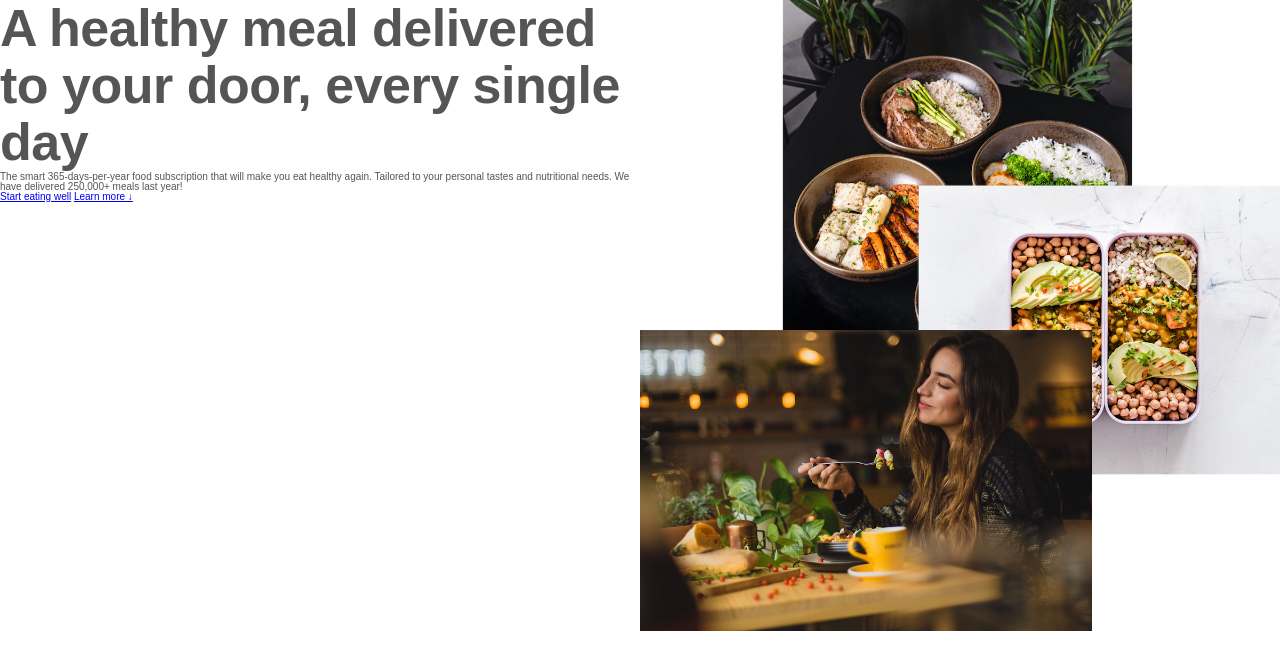
Repository: WefsCao/Omnifood
Page: index.html
These files come from the project's save history. The page is drawn as it stood at one moment and after the next save; the edit follows.
The browser window is 1280 px wide. The pictures show the whole page.

Above is the page before, as saved 2022-06-04 12:34:05.

After the next save:
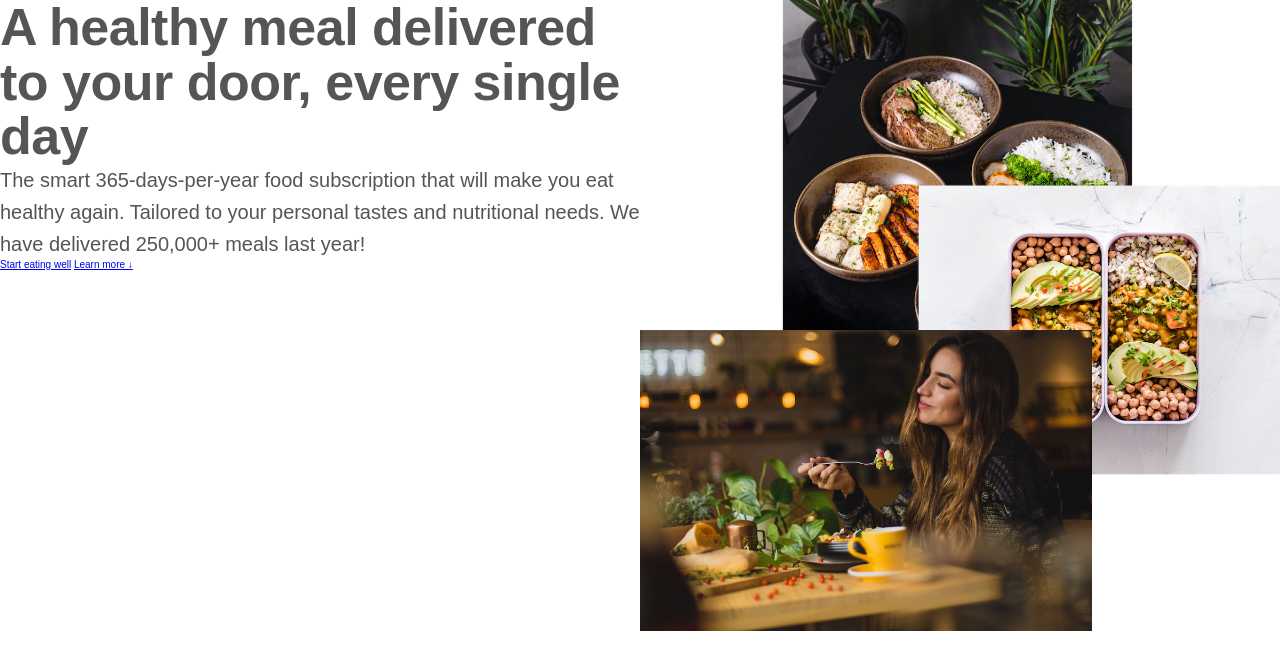
Saved 71 s later.
--- a/css/style.css
+++ b/css/style.css
@@ -51,9 +51,13 @@
 }
 .heading-primary {
   font-size: 5.2rem;
-  line-height: 1.1;
+  line-height: 1.05;
   font-weight: 700;
   letter-spacing: -0.5px;
+}
+.hero-description {
+  font-size: 2rem;
+  line-height: 1.6;
 }
 .hero-img {
   width: 100%;
